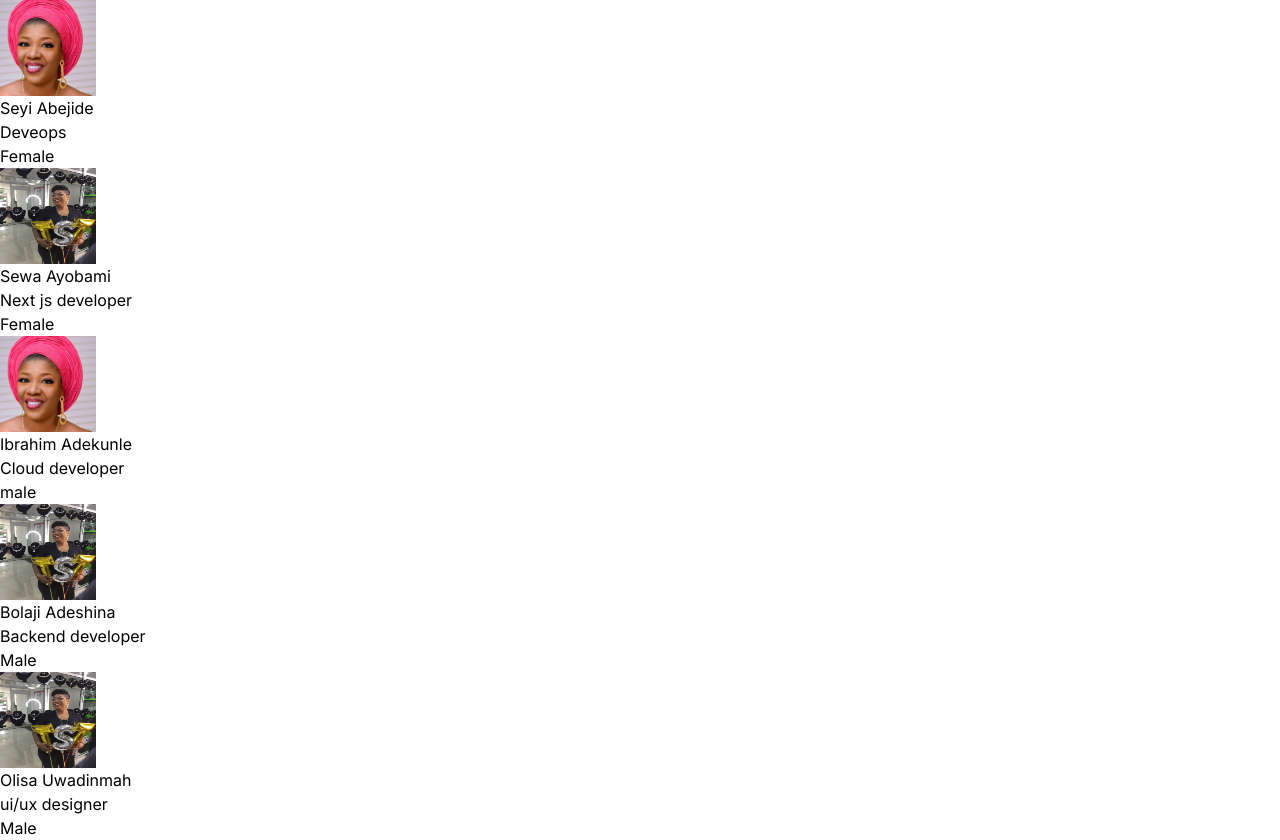
Repository: Semanmernstack/Bincom
Page: /
These files come from the project's save history. The page is drawn as it stood at one moment and after the next save; the edit follows.
The browser window is 1280 px wide. The pictures show the whole page.
The project was rebuilt for these pictures with package versions that can differ from the ones it lists, and the page was loaded fresh each time. The framework's server and built-in components were replaced by stand-ins that run in the browser. Also part of the build but not shown: next.config.mjs.

Above is the page before, as saved 2024-01-25 05:16:42.

After the next save:
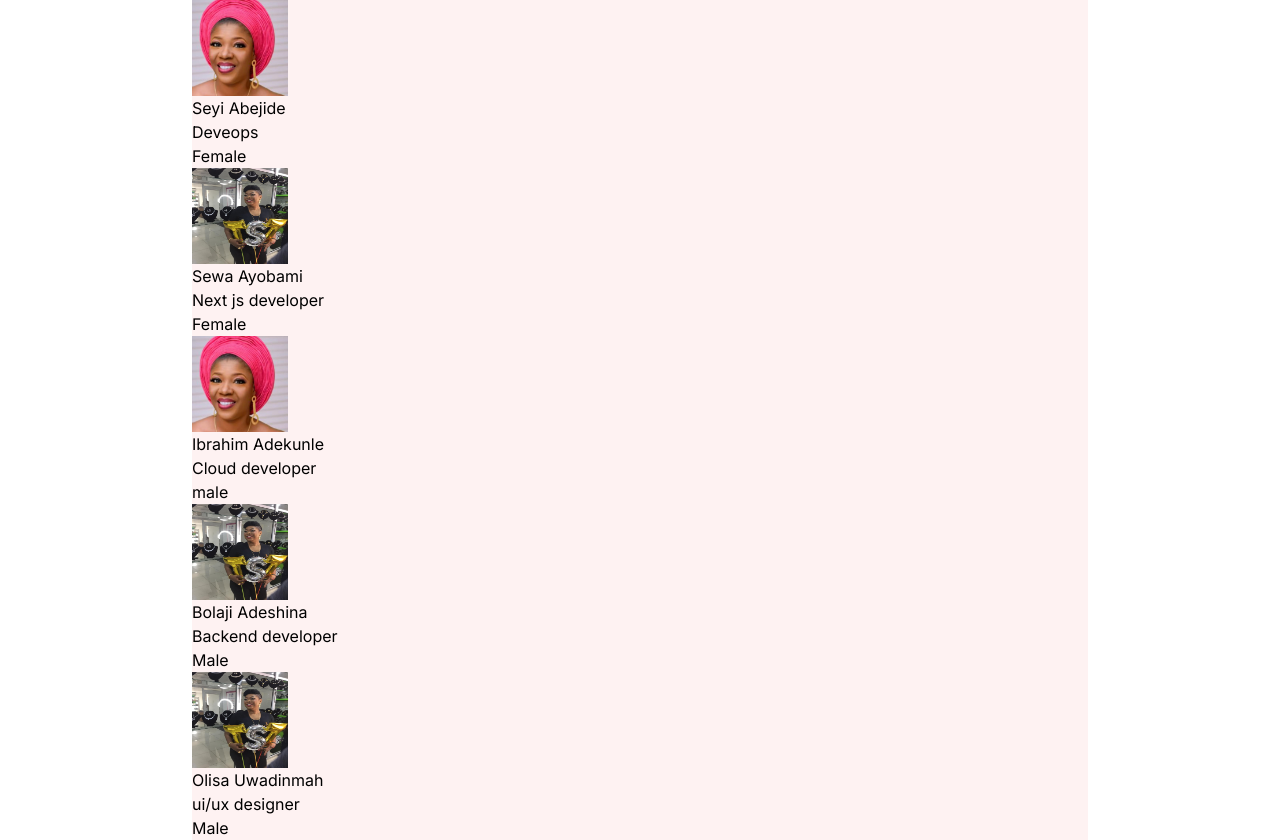
Saved 107 s later.
--- a/app/page.tsx
+++ b/app/page.tsx
@@ -54,7 +54,7 @@ const data = [
 
 export default function Home() {
   return (
-    <main className="">
+    <main className=" flex flex-col max-w-4xl mx-auto bg-red-50">
 
         {data.map((p, index)=> (
           <div key={index}>
